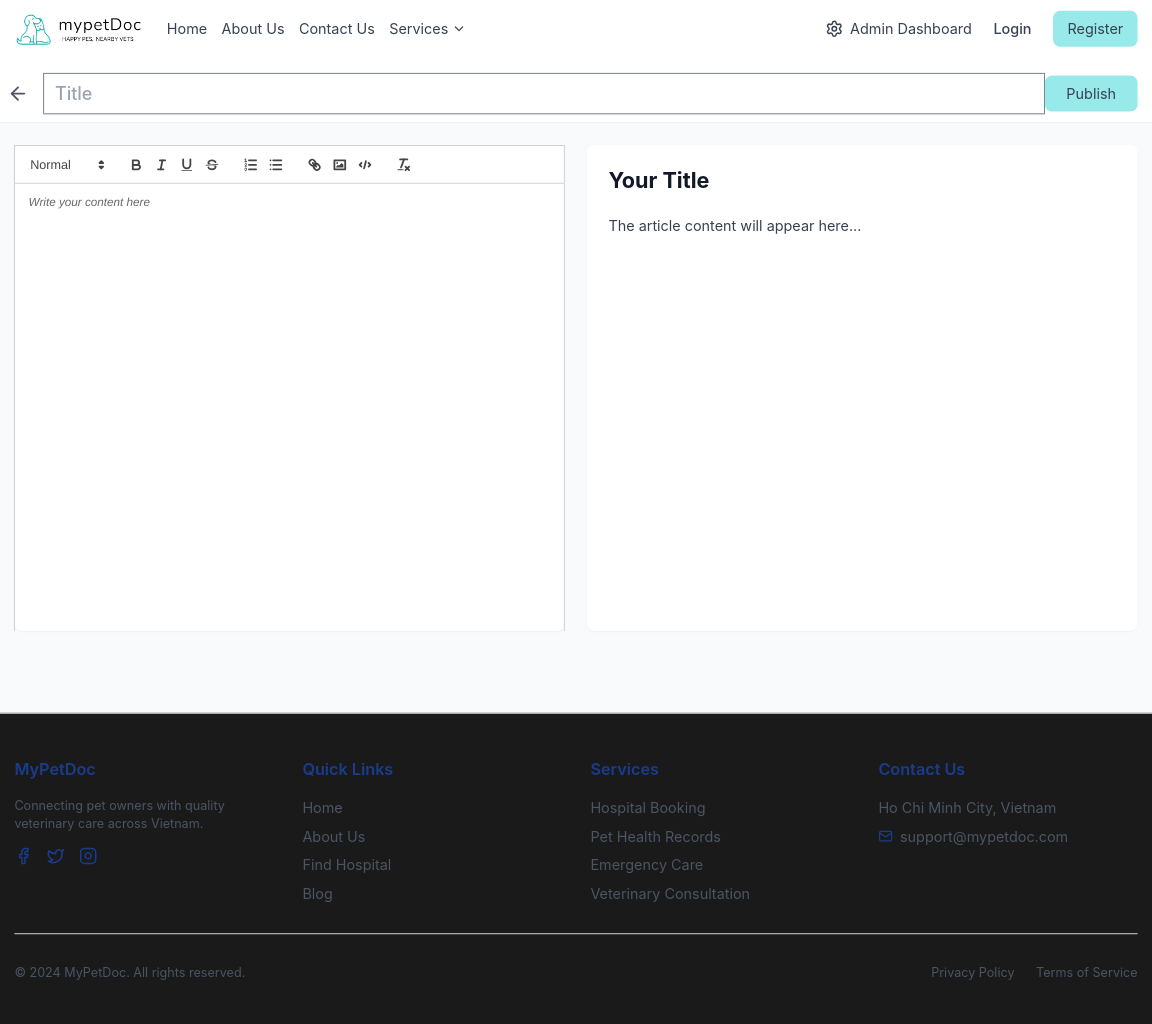
Repository: ZSayless/MyPetDoc
Page: /write-blog
An editor plug-in stored every save of this project. The page is shown before and after the next save, followed by the edit.
The browser window is 1280 px wide. The pictures show the whole page, at 90% of full size.
An inner scrolling area shows only its first screen. The project was rebuilt for these pictures with package versions that can differ from the ones it lists, and the page was loaded fresh each time. Also part of the build but not shown: vite.config.js, src/core/ButtonLink.js, src/components/register/SelectRoleModal.js, src/services/authService.js, src/components/register/Register.js, src/core/Overlay.js, src/components/login/Login.js, src/pages/admin/AdminSidebar.js and 40 more.

Above is the page before, as saved 2025-01-15 16:03:54.

After the next save:
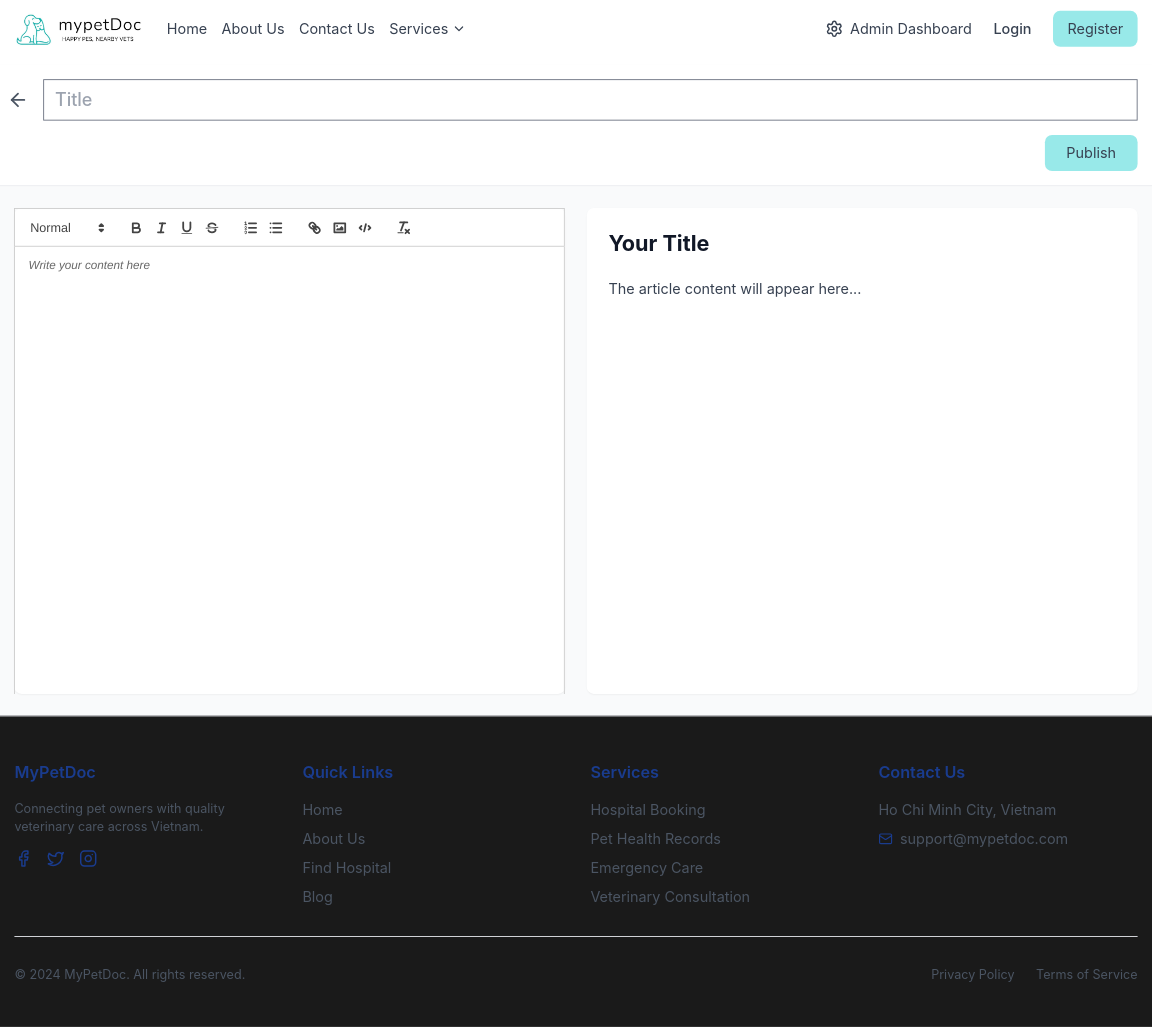
Saved 97 s later.
--- a/src/components/blog/WriteBlog.js
+++ b/src/components/blog/WriteBlog.js
@@ -177,8 +177,9 @@
       {/* Header */}
       <div className="bg-white border-b sticky top-0 z-10">
         <div className="container mx-auto px-4">
-          <div className="flex items-center justify-between h-14 md:h-16">
-            <div className="flex items-center gap-4 flex-1">
+          <div className="flex flex-col gap-4 py-4">
+            {/* Top row: Back button and Title */}
+            <div className="flex items-center gap-4">
               <button
                 onClick={() => handleNavigate("/bloglist")}
                 className="text-gray-600 hover:text-gray-900 -ml-2"
@@ -193,7 +194,9 @@
                 onChange={(e) => setTitle(e.target.value)}
               />
             </div>
-            <div className="flex items-center gap-3">
+
+            {/* Bottom row: Action buttons */}
+            <div className="flex justify-end gap-3">
               {id ? (
                 <>
                   <button

After the 2 saves that followed:
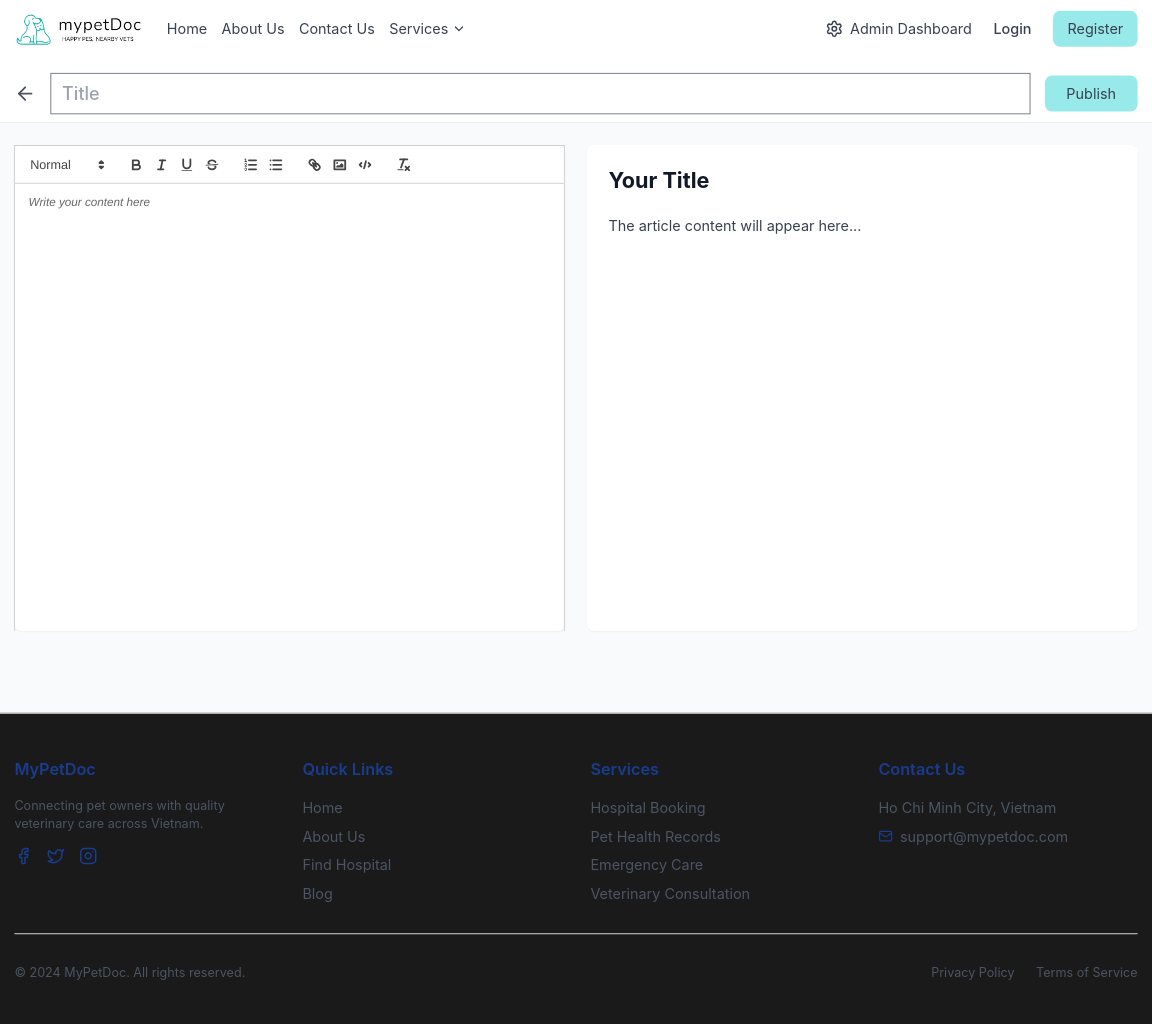
The 2 saves are shown as one change because they came seconds apart.
The last was saved 83 s later.
--- a/src/components/blog/WriteBlog.js
+++ b/src/components/blog/WriteBlog.js
@@ -177,12 +177,12 @@
       {/* Header */}
       <div className="bg-white border-b sticky top-0 z-10">
         <div className="container mx-auto px-4">
-          <div className="flex flex-col gap-4 py-4">
-            {/* Top row: Back button and Title */}
-            <div className="flex items-center gap-4">
+          <div className="h-16 flex items-center justify-between">
+            {/* Left side: Back button and Title */}
+            <div className="flex items-center gap-4 flex-1 mr-4">
               <button
                 onClick={() => handleNavigate("/bloglist")}
-                className="text-gray-600 hover:text-gray-900 -ml-2"
+                className="text-gray-600 hover:text-gray-900"
               >
                 <ArrowLeft className="w-5 h-5 md:w-6 md:h-6" />
               </button>
@@ -195,8 +195,8 @@
               />
             </div>
 
-            {/* Bottom row: Action buttons */}
-            <div className="flex justify-end gap-3">
+            {/* Right side: Action buttons */}
+            <div className="flex items-center gap-3 flex-shrink-0">
               {id ? (
                 <>
                   <button
